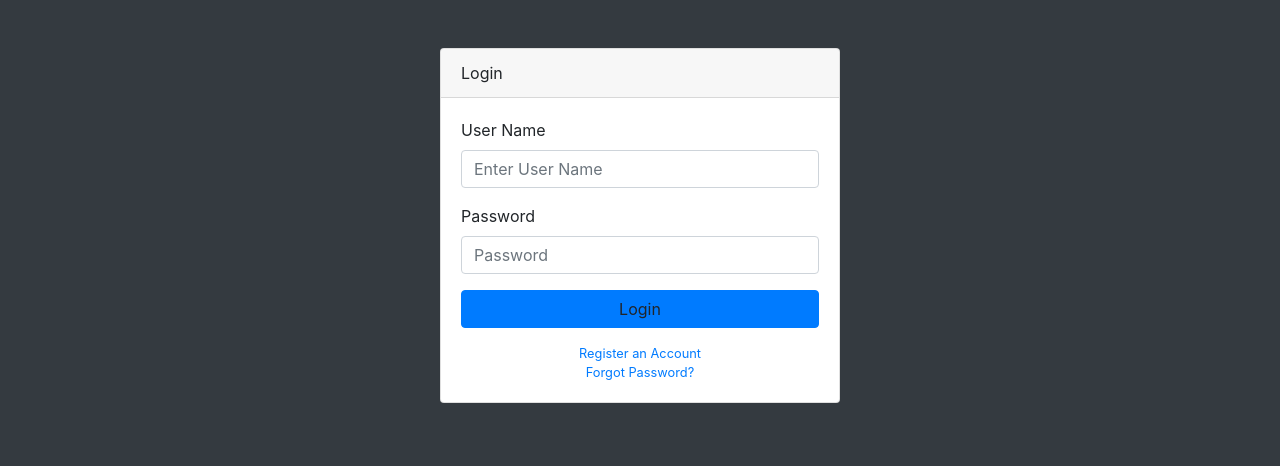
Repository: riorbak/Batch-Source
Page: Project 1/ERS/src/main/webapp/00-login.html
An editor plug-in stored every save of this project. The page is shown before and after the next save, followed by the edit.
The browser window is 1280 px wide. The pictures show the whole page.

Above is the page before, as saved 2018-03-12 19:19:28.

After the next save:
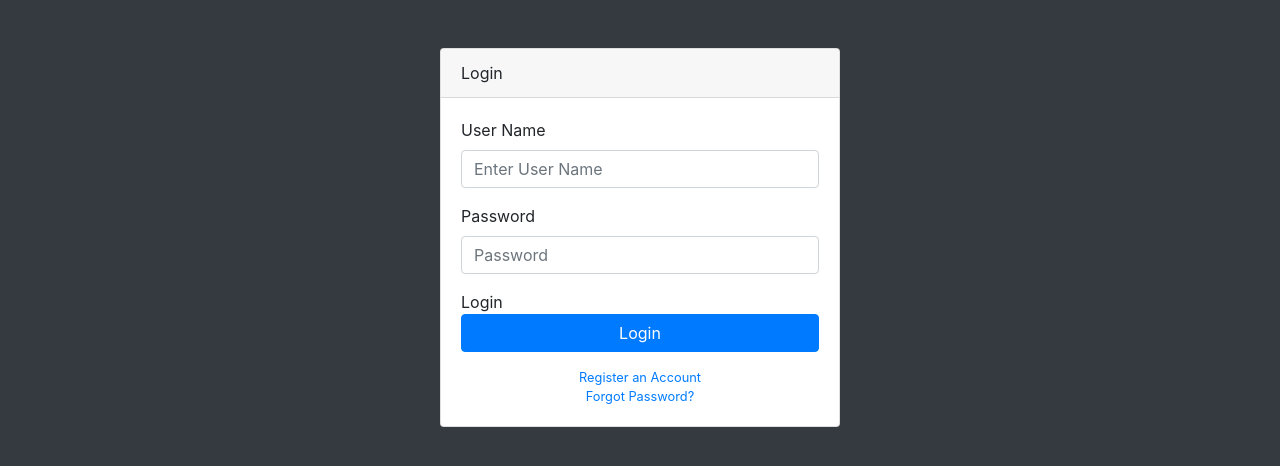
Saved 5 min 27 s later.
--- a/Project 1/ERS/src/main/webapp/00-login.html
+++ b/Project 1/ERS/src/main/webapp/00-login.html
@@ -30,7 +30,8 @@
             <label for="inputPassword">Password</label>
             <input class="form-control" id="inputPassword" type="password" name="password" placeholder="Password">
           </div>
-          <a class="btn btn-primary btn-block" id="loginBtn">Login</a>
+          <a class= id="loginBtn">Login</a>
+		  <input class="btn btn-primary btn-block" type="submit" value="Login"/>
         </form>
         <div class="text-center">
           <a class="d-block small mt-3" href="register.html">Register an Account</a>

After the save that followed:
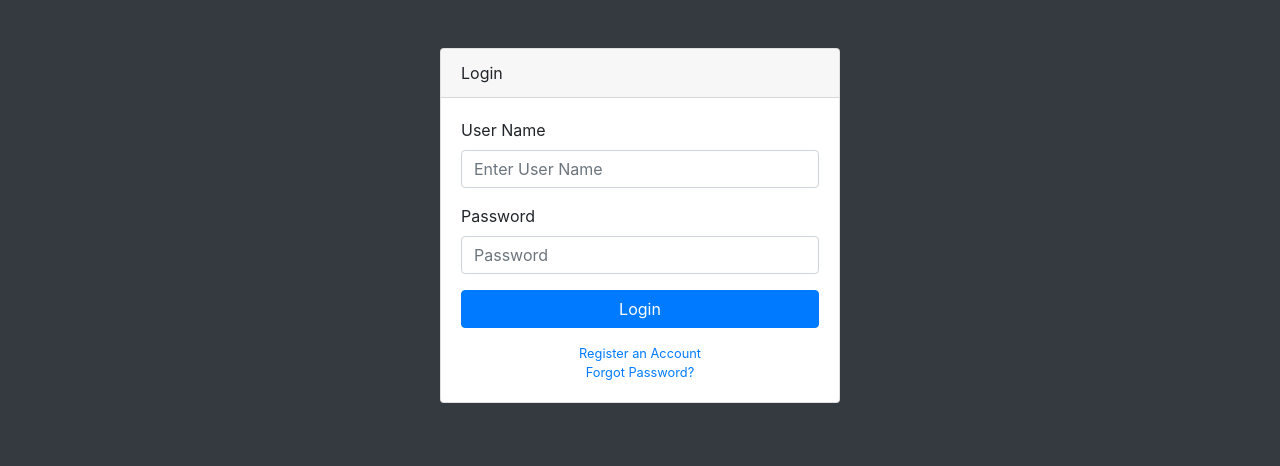
Saved 40 s later.
--- a/Project 1/ERS/src/main/webapp/00-login.html
+++ b/Project 1/ERS/src/main/webapp/00-login.html
@@ -30,7 +30,6 @@
             <label for="inputPassword">Password</label>
             <input class="form-control" id="inputPassword" type="password" name="password" placeholder="Password">
           </div>
-          <a class= id="loginBtn">Login</a>
 		  <input class="btn btn-primary btn-block" type="submit" value="Login"/>
         </form>
         <div class="text-center">
